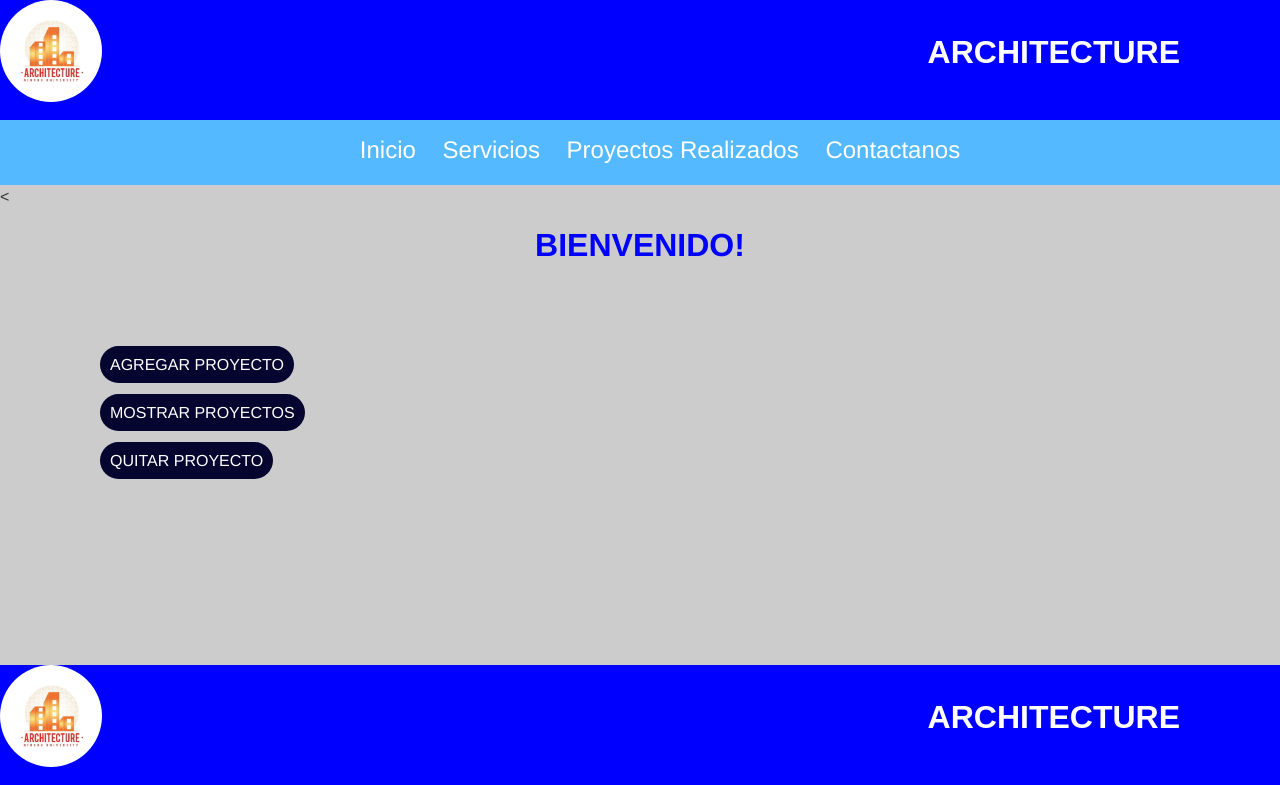
Repository: gabrielestrella18/htdocs
Page: http://localhost/arquitectos/opciones.php
The author's editor kept a copy of each file at every save. The page is drawn from the files as they stood at one save, then again after the next save.
The browser window is 1280 px wide. The pictures show the whole page.
The page is run by PHP 8.4 with error messages shown; the project is at /var/www/html/.

Above is the page before, as saved 2023-12-10 02:10:30.

After the next save:
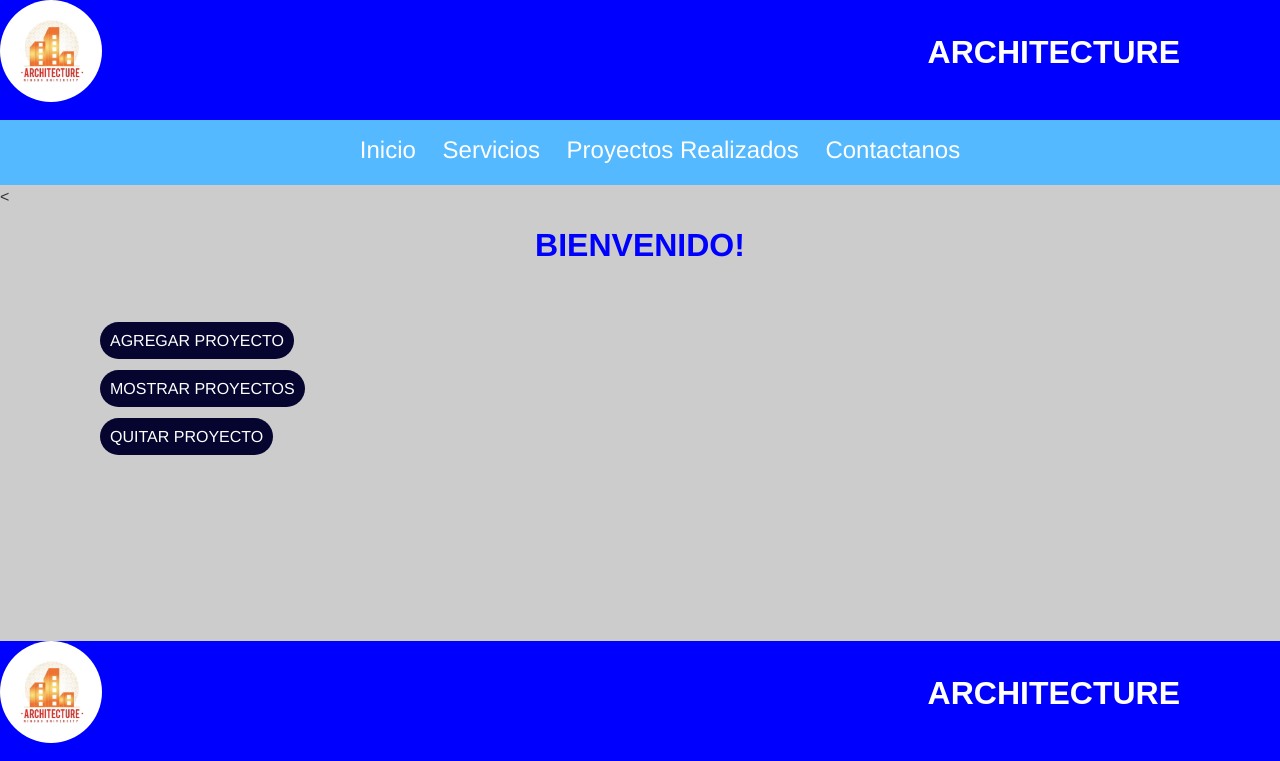
Saved 8 min 35 s later.
--- a/arquitectos/opciones.php
+++ b/arquitectos/opciones.php
@@ -21,9 +21,9 @@ include "menu.php"
 
 <h5>BIENVENIDO!</h5>
 <br><br><br>
+<div>
+      </div>
 
-      </div>
-      <br>
 <div class="alin" >
   <a href="control.php" id="proy">AGREGAR PROYECTO</a>
   <br><br>
